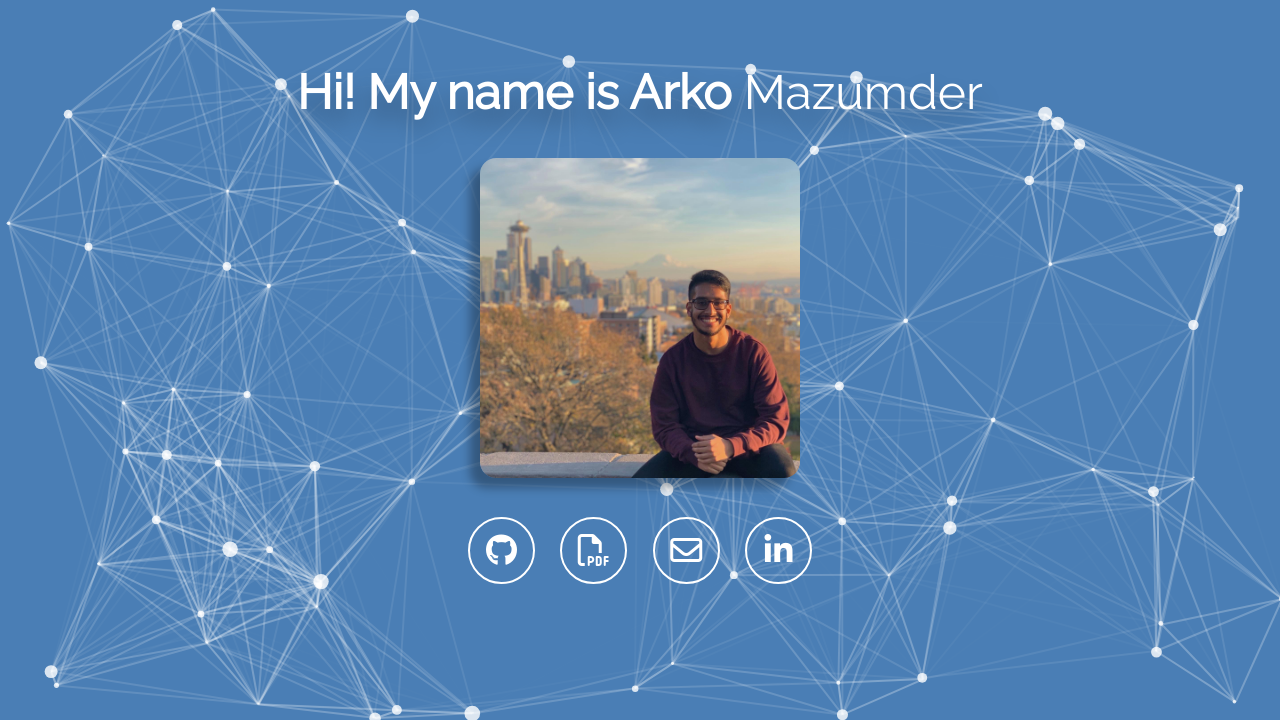
Repository: arkomz/arkomz.github.io
Page: index.html
An editor plug-in stored every save of this project. The page is shown before and after the next save, followed by the edit.
The browser window is 1280 px wide. The pictures show the whole page.
Some web libraries are served in a nearby version.

Above is the page before, as saved 2020-07-22 23:48:40.

### index.html
<!DOCTYPE html>
<html scroll=no>

<head>
    <title>Arko Mazumder</title>
    <link rel="stylesheet" href="./assets/css/styles.css">
</head>

<script src="https://code.jquery.com/jquery-3.2.1.min.js" integrity="sha256-hwg4gsxgFZhOsEEamdOYGBf13FyQuiTwlAQgxVSNgt4=" crossorigin="anonymous"></script>
<script src="https://use.fontawesome.com/d44386e267.js"></script>
<script src="assets/js/particles.js"></script>
<script src="assets/js/main.js"></script>

<body>
    <div id="particles-js"></div>
    <div class="container">
        <div id="title"><span>Hi! My name is </span> <span class="name">Arko</span> Mazumder</div>
    </div>
    <div class="container my-container">
        <img src="assets/images/me.JPG" alt="me" id="me">
    </div>
    <div class="container">
        <div class="container">
            <a class="wrapper wrapper-rise" href="https://github.com/arkomz" target="_blank">
                <i class="fa fa-github fa-2x my-link"></i>
            </a>
            <a class="wrapper" href="assets/resume/Arko Mazumder Undergraduate Resume.pdf" target="_blank">
                <i class="fa fa-file-pdf-o fa-2x my-link" aria-hidden="true"></i>
            </a>
            <a class="wrapper wrapper-rise" href="mailto:arkomz91@gmail.com" target="_blank">
                <i class="fa fa-envelope-o fa-2x my-link" aria-hidden="true"></i>
            </a>
            <a class="wrapper" href="https://www.linkedin.com/in/arko-mazumder-5b6a5a170/" target="_blank">
                <i class="fa fa-linkedin fa-2x my-link" aria-hidden="true"></i>
            </a>
        </div>
    </div>
</body>

</html>

### assets/css/styles.css
@import url('https://fonts.googleapis.com/css?family=Raleway');

@keyframes fade {
    from {
        opacity: 0;
    }
    to {
        opacity: 1;
    }
}

@keyframes expand {
    from {
        left: 0;
        width: 1%;
    }
    to {
        width: 50%;
        left: 128px;
    }
}

body, html {
	height: 100%;
  overflow: hidden;
}

body {
    background: #4a7eb5 ;  /* fallback for old browsers */
    background: -webkit-linear-gradient(to right, #4a7eb5, #4a7eb5);  /* Chrome 10-25, Safari 5.1-6 */
    background: linear-gradient(to right, #4a7eb5, #4a7eb5); /* W3C, IE 10+/ Edge, Firefox 16+, Chrome 26+, Opera 12+, Safari 7+ */
    margin: 0;
    animation: fade 3s forwards ease;
}

.container {
	display: flex;
    width: 100%;
	justify-content: center;
    align-items: center;
}

.my-container {
    margin: 3%;
    margin-left: 0;
    margin-right: 0;
}

.wrapper {
    display: flex;
    margin: 1%;
    margin-top: 0;
    height: 50px;
    width: 50px;
    padding: 0.5%;
    border: solid 2px white;
    border-radius: 50%;
    transition: 0.5s ease;
    justify-content: center;
    align-items: center;
    text-decoration: none;
}

.my-link {
    color: white;
    text-decoration: none;
    transition: 0.5s ease;
}

#me {
    width: 25%;
    border-radius: 5%;
    margin: 0 auto;
    box-shadow: -10px 10px 10px rgba(0, 0, 0, 0.3);
    transition: box-shadow 0.5s ease;
    z-index: 1;
}

#me:hover {
    box-shadow: -15px 15px 15px rgba(0, 0, 0, 0.3);
}

#title span {
    font-weight: bold;
}

#title {
	color: white;
	font-size: 36pt;
	font-family: 'Raleway';
	margin-top: 5%;
    text-shadow: 0px 15px 25px rgba(0, 0, 0, 0.3);
    transition: text-shadow 0.3s ease;
    cursor: default;
}

#title:hover {
    text-shadow: 0px 25px 25px rgba(0, 0, 0, 0.3);
}

#particles-js {
  padding: 0;
  margin: 0;
  position: absolute;
  width: 100%;
  height: 100%;
  background-image: url("");
  background-repeat: no-repeat;
  background-size: cover;
  background-position: 50% 50%;
}

canvas {
  display: block;
  vertical-align: bottom;
  z-index: 0;
}

div {
  z-index: 1;
}

### assets/js/main.js
$(document).ready(function(){
	$(".wrapper").hover(function() {
        $(this).css("border-color", "gray");
        $(this).find(".my-link").css("color", "gray");
    }, function() {
        $(this).css("border-color", "white");
        $(this).find(".my-link").css("color", "white");
    });
});

$(document).ready(function() {
  particlesJS("particles-js", {
    "particles": {
      "number": {
        "value": 80,
        "density": {
          "enable": true,
          "value_area": 800
        }
      },
      "color": {
        "value": "#ffffff"
      },
      "shape": {
        "type": "circle",
        "stroke": {
          "width": 0,
          "color": "#000000"
        }
      },
      "opacity": {
        "value": 0.8,
        "random": false,
        "anim": {
          "enable": false,
          "speed": 1,
          "opacity_min": 0.1,
          "sync": false
        }
      },
      "size": {
        "value": 8,
        "random": true,
        "anim": {
          "enable": false,
          "speed": 50,
          "size_min": 0.1,
          "sync": false
        }
      },
      "line_linked": {
        "enable": true,
        "distance": 300,
        "color": "#ffffff",
        "opacity": 0.4,
        "width": 2
      },
      "move": {
        "enable": true,
        "speed": 6,
        "direction": "none",
        "random": false,
        "straight": false,
        "out_mode": "out",
        "bounce": false,
        "attract": {
          "enable": false,
          "rotateX": 600,
          "rotateY": 1200
        }
      }
    },
    "interactivity": {
      "detect_on": "canvas",
      "events": {
        "onhover": {
          "enable": true,
          "mode": "repulse"
        },
        "onclick": {
          "enable": true,
          "mode": "push"
        },
        "resize": true
      },
      "modes": {
        "grab": {
          "distance": 800,
          "line_linked": {
            "opacity": 1
          }
        },
        "bubble": {
          "distance": 800,
          "size": 50,
          "duration": 2,
          "opacity": 0.8,
          "speed": 3
        },
        "repulse": {
          "distance": 400,
          "duration": 0.4
        },
        "push": {
          "particles_nb": 4
        },
        "remove": {
          "particles_nb": 2
        }
      }
    },
    "retina_detect": true
  });
});

Loaded but not shown: assets/js/particles.js (1542 lines, source omitted)

After the next save:
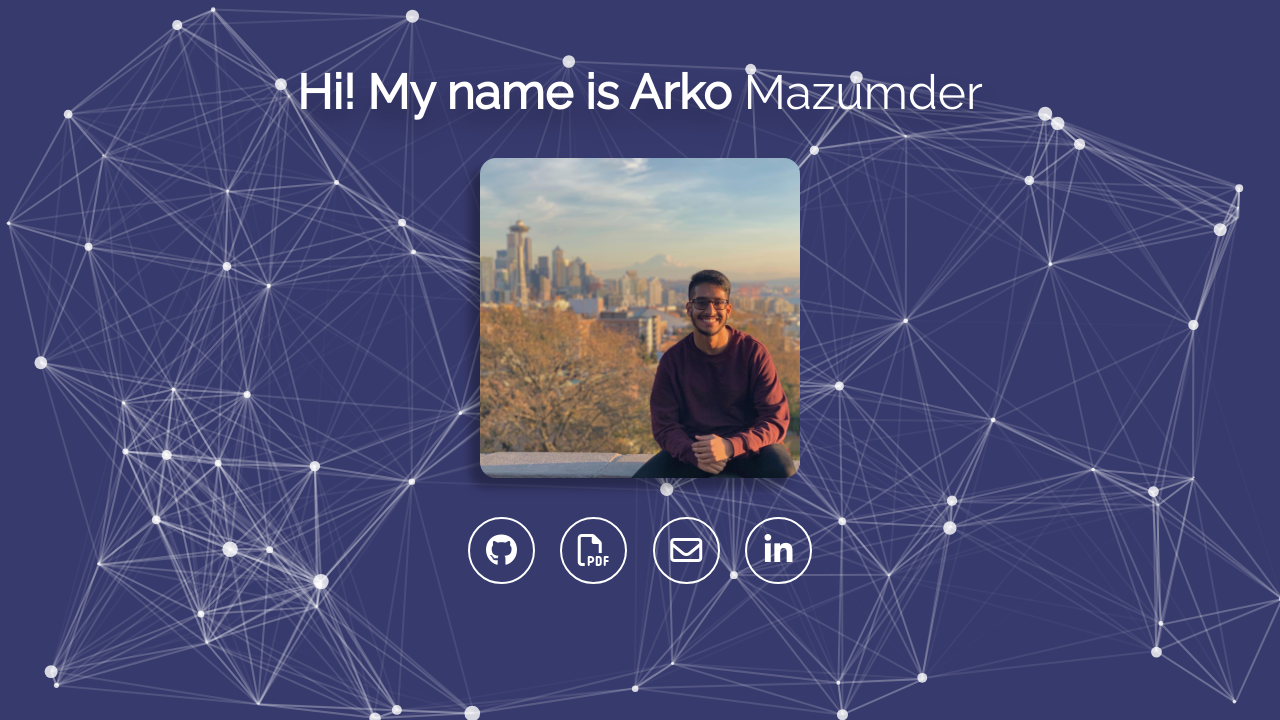
Saved 4 min 3 s later.
--- a/assets/css/styles.css
+++ b/assets/css/styles.css
@@ -26,9 +26,9 @@ body, html {
 }
 
 body {
-    background: #4a7eb5 ;  /* fallback for old browsers */
-    background: -webkit-linear-gradient(to right, #4a7eb5, #4a7eb5);  /* Chrome 10-25, Safari 5.1-6 */
-    background: linear-gradient(to right, #4a7eb5, #4a7eb5); /* W3C, IE 10+/ Edge, Firefox 16+, Chrome 26+, Opera 12+, Safari 7+ */
+    background: #373a6d ;  /* fallback for old browsers */
+    background: -webkit-linear-gradient(to right, #373a6d, #373a6d);  /* Chrome 10-25, Safari 5.1-6 */
+    background: linear-gradient(to right, #373a6d, #373a6d); /* W3C, IE 10+/ Edge, Firefox 16+, Chrome 26+, Opera 12+, Safari 7+ */
     margin: 0;
     animation: fade 3s forwards ease;
 }
